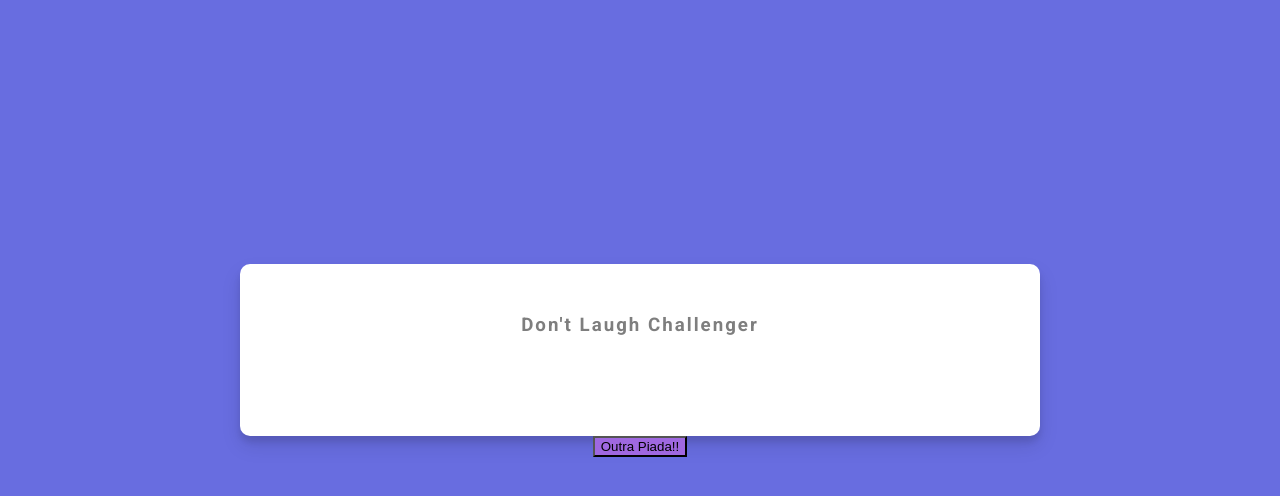
Repository: Williamlmachado/Dad-Jokes
Page: index.html
An editor plug-in stored every save of this project. The page is shown before and after the next save, followed by the edit.
The browser window is 1280 px wide. The pictures show the whole page.

Above is the page before, as saved 2021-08-21 12:59:49.

### index.html
<!DOCTYPE html>
<html lang="en">
    <head>
        <meta charset="UTF-8"/>
        <meta name="viewport" content="width=device-width, initial-scale=1.0"/>
        <link rel="stylesheet" href="style.css"/>
        <title>JoK3s</title>
    </head>
    <body>
        <div class="container">
            <h3>Don't Laugh Challenger</h3>
            <div id="joke" class="joke"></div>
        </div>
        <button id="jokeBtn" class="btn">Outra Piada!!</button>
        <script></script>
    </body>
</html>

### style.css
@import url('https://fonts.googleapis.com/css2?family=Roboto:wght@400;700&display=swap');

* {
  box-sizing: border-box;
}

body {
  background-color: #686de0;
  font-family: 'Roboto', sans-serif;
  display: flex;
  flex-direction: column;
  align-items: center;
  justify-content: center;
  height: 100vh;
  overflow: hidden;
  margin: 0;
  padding: 20px;
}
.container{
    background-color: white;
    border-radius: 10px;
    box-shadow: 0 10px 20px rgba(0, 0, 0, 0.1), 0 6px 6px rgba(0, 0, 0, 0.1);
    padding: 50px 20px;
    text-align: center;
    max-width: 100%;
    width: 800px;
}
h3{
    margin: 0;
    opacity: 0.5;
    letter-spacing: 2px;
}
.joke{
    font-size: 30px;
    letter-spacing: 1px;
    line-height: 40px;
    margin: 50px auto;
    max-width: 600px;
}
.btn{
    background-color: #9f68E0;
}

After the next save:
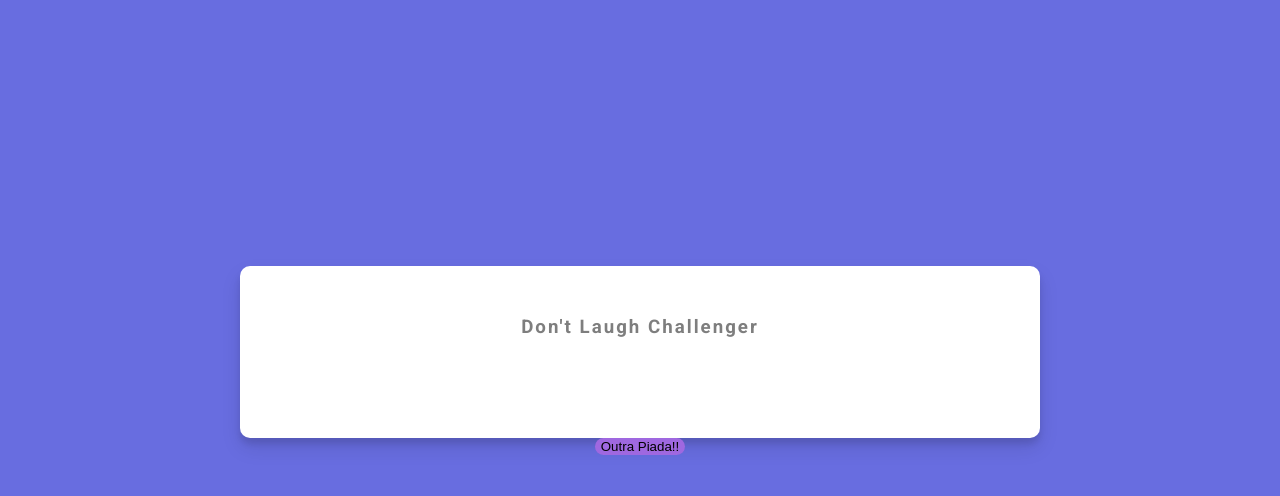
Saved 18 s later.
--- a/style.css
+++ b/style.css
@@ -39,4 +39,7 @@ h3{
 }
 .btn{
     background-color: #9f68E0;
+    border: 0;
+    border-radius: 10px;
+
 }
